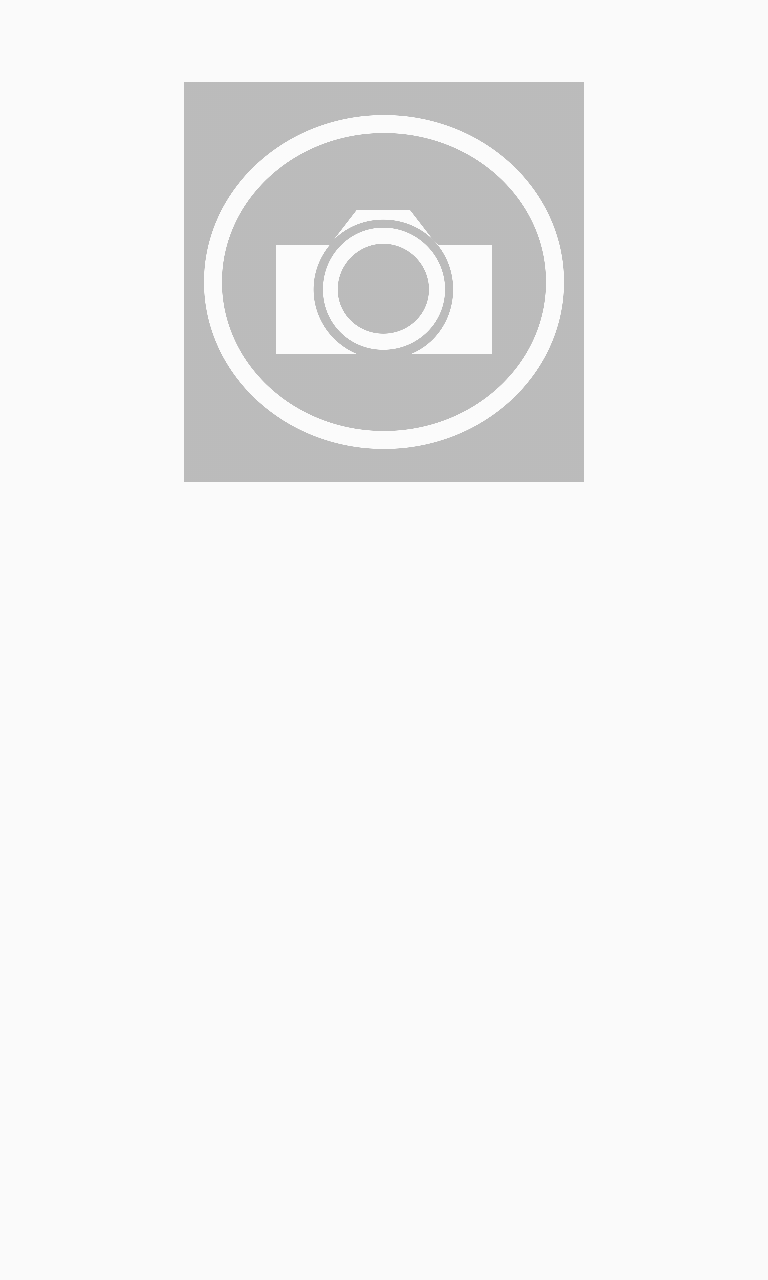
Repository: Sjaakja/hangman_app_studio
Layout: workspace/Hangman-TimeToSaveYourFriends/res/layout/fragment_my_condemned.xml
These files come from the project's save history. The layout is drawn as it stood at one moment and after the next save; the edit follows.
It is drawn on a 768 x 1280 px phone screen (xhdpi) without system bars, with theme AppTheme; the app's code is not run.

Above is the layout before, as saved 2014-06-11 09:59:13.

### workspace/Hangman-TimeToSaveYourFriends/res/layout/fragment_my_condemned.xml
<RelativeLayout xmlns:android="http://schemas.android.com/apk/res/android"
    xmlns:tools="http://schemas.android.com/tools"
    android:layout_width="match_parent"
    android:layout_height="match_parent"
    android:paddingBottom="@dimen/activity_vertical_margin"
    android:paddingLeft="@dimen/activity_horizontal_margin"
    android:paddingRight="@dimen/activity_horizontal_margin"
    android:paddingTop="@dimen/activity_vertical_margin"
    tools:context="com.example.hangman_timetosaveyourfriends.MyCondemned$PlaceholderFragment" >

    <ImageButton
        android:id="@+id/imageButton1"
        android:layout_width="200dp"
        android:layout_height="200dp"
        android:layout_centerHorizontal="true"
        android:layout_marginTop="25dp"
        android:background="@drawable/camera_icon" />

    <EditText
        android:id="@+id/editText1"
        android:layout_width="@+id/imageButton1"
        android:layout_height="wrap_content"
        android:layout_alignLeft="@+id/imageButton1"
        android:layout_below="@+id/imageButton1"
        android:layout_marginTop="20dp"
        android:ems="10"
        android:inputType="textPersonName" />

</RelativeLayout>

Loaded but not shown: workspace/Hangman-TimeToSaveYourFriends/res/values/styles.xml (common file); workspace/Hangman-TimeToSaveYourFriends/res/values-v11/styles.xml (common file); workspace/Hangman-TimeToSaveYourFriends/res/values-v14/styles.xml (common file); workspace/Hangman-TimeToSaveYourFriends/res/values/dimens.xml (common file); workspace/Hangman-TimeToSaveYourFriends/res/values-w820dp/dimens.xml (common file)

After the next save:
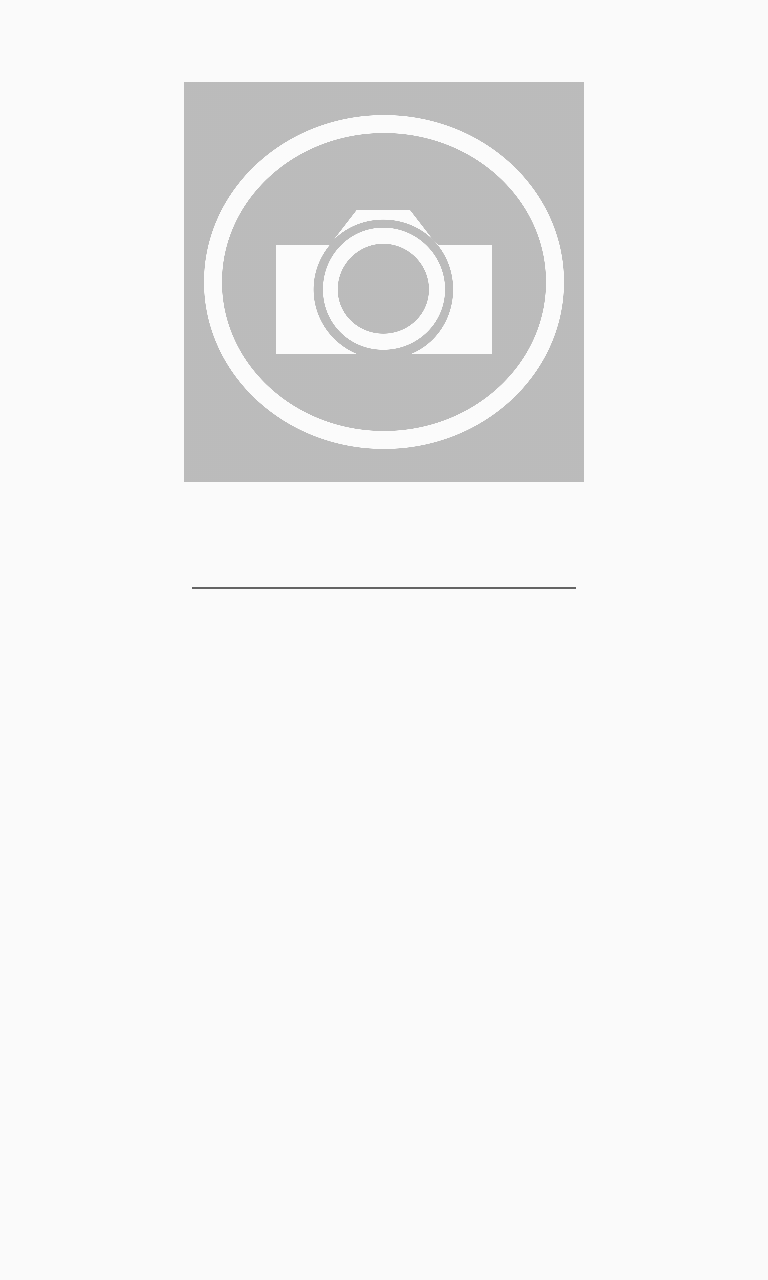
Saved 29 s later.
--- a/workspace/Hangman-TimeToSaveYourFriends/res/layout/fragment_my_condemned.xml
+++ b/workspace/Hangman-TimeToSaveYourFriends/res/layout/fragment_my_condemned.xml
@@ -18,7 +18,7 @@
 
     <EditText
         android:id="@+id/editText1"
-        android:layout_width="@+id/imageButton1"
+        android:layout_width="200dp"
         android:layout_height="wrap_content"
         android:layout_alignLeft="@+id/imageButton1"
         android:layout_below="@+id/imageButton1"
